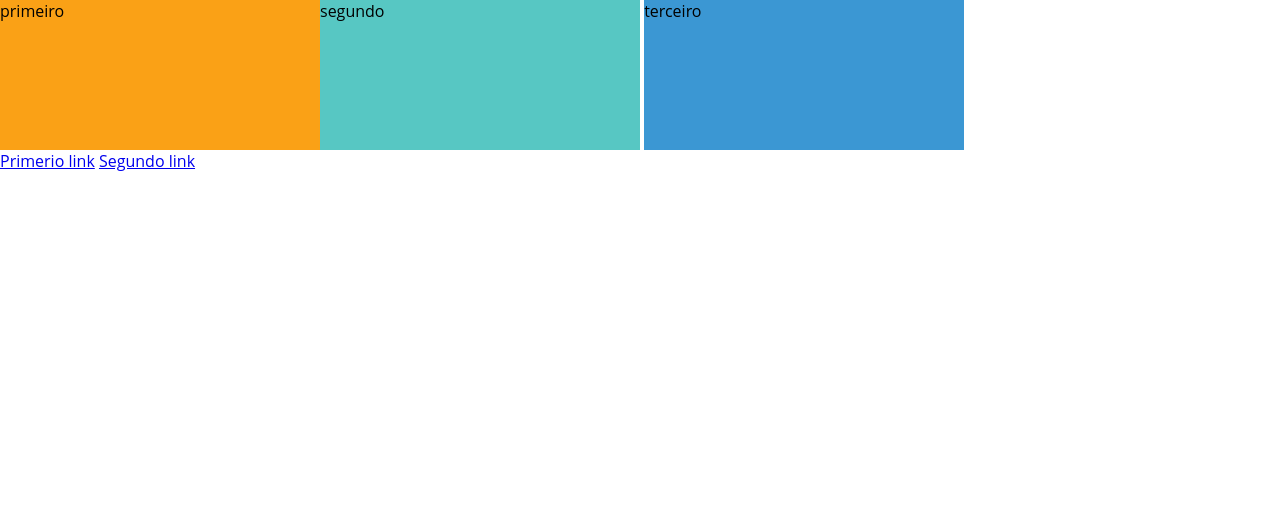
Repository: NicholasMaestrello/treinamento-impacta
Page: DesenvolvimentoJava/Modulo06/01_ConceitosHTMLCSS/WebContent/exemplo_display.html
The author's editor kept a copy of each file at every save. The page is drawn from the files as they stood at one save, then again after the next save.
The browser window is 1280 px wide. The pictures show the whole page.

Above is the page before, as saved 2017-10-18 16:20:58.

### DesenvolvimentoJava/Modulo06/01_ConceitosHTMLCSS/WebContent/exemplo_display.html
<!DOCTYPE html>
<html>
<head>
<meta charset="ISO-8859-1">
<title>Exemplo da propriedade Display</title>
<style type="text/css">
	.exemplo{
		color: #FFF;
	}

	*{
		margin: 0;
		padding: 0;
		border: 0;
	}

	body{
		font-family: 'Open Sans', sans-serif;
	}

	ul, ol, li{
		list-style: none;
	}

	.exemplo-item{
		width: 25%;
		height: 150px;
		display: inline-block;
	}
	.exemplo-item-primeiro{
		background-color: #FAA116;
		float: left;
	}
	.exemplo-item-segundo{
		background-color: #57C7C3;
	}
	.exemplo-item-terceiro{
		background-color: #3B97D3;

	}
</style>
</head>
<body>

	<ul>
		<li class="exemplo-item exemplo-item-primeiro">primeiro</li>
		<li class="exemplo-item exemplo-item-segundo">segundo</li>
		<li class="exemplo-item exemplo-item-terceiro">terceiro</li>
	</ul>
	<a href="#">Primerio link</a>
	<a href="#">Segundo link</a>

</body>
</html>

After the next save:
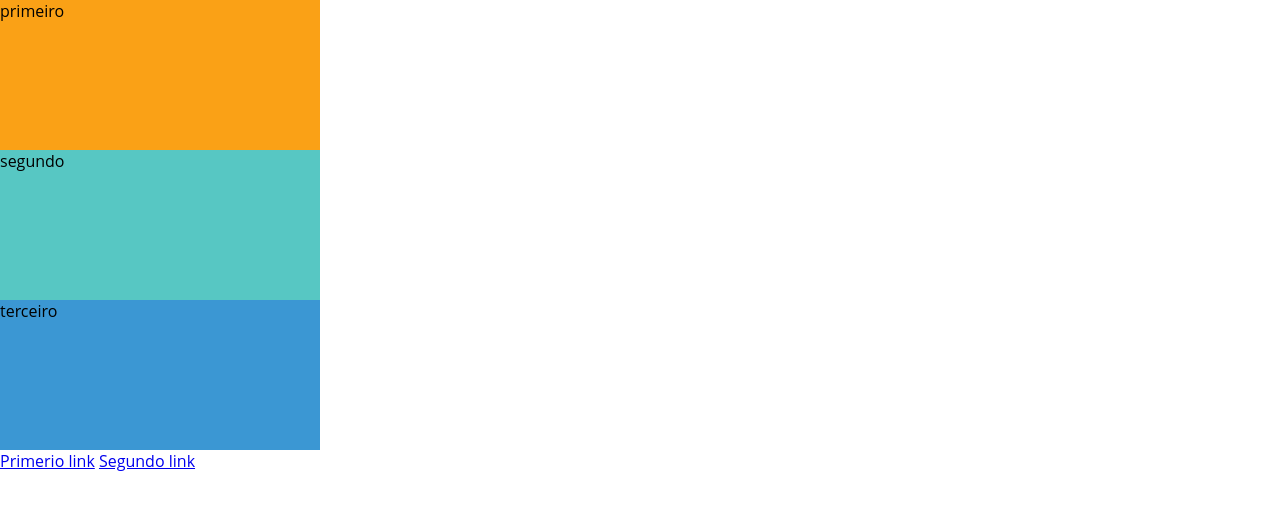
Saved 3 min 2 s later.
--- a/DesenvolvimentoJava/Modulo06/01_ConceitosHTMLCSS/WebContent/exemplo_display.html
+++ b/DesenvolvimentoJava/Modulo06/01_ConceitosHTMLCSS/WebContent/exemplo_display.html
@@ -25,11 +25,12 @@
 	.exemplo-item{
 		width: 25%;
 		height: 150px;
-		display: inline-block;
+		display: block;
+		/*display: inline-block;*/
 	}
 	.exemplo-item-primeiro{
 		background-color: #FAA116;
-		float: left;
+		/*float: left;*/
 	}
 	.exemplo-item-segundo{
 		background-color: #57C7C3;
